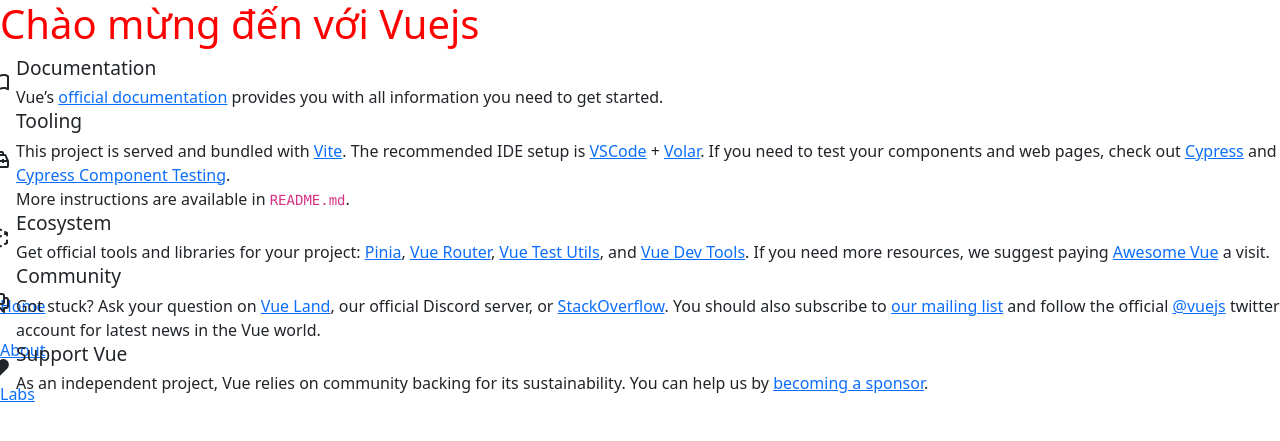
Repository: tuankiet10920/homeworkFEF
Page: /
These files come from the project's save history. The page is drawn as it stood at one moment and after the next save; the edit follows.
The browser window is 1280 px wide. The pictures show the whole page.
The project was rebuilt for these pictures with package versions that can differ from the ones it lists, and the page was loaded fresh each time. Also part of the build but not shown: vite.config.js, src/components/HelloWorld.vue.

Above is the page before, as saved 2024-10-22 12:54:00.

After the next save:
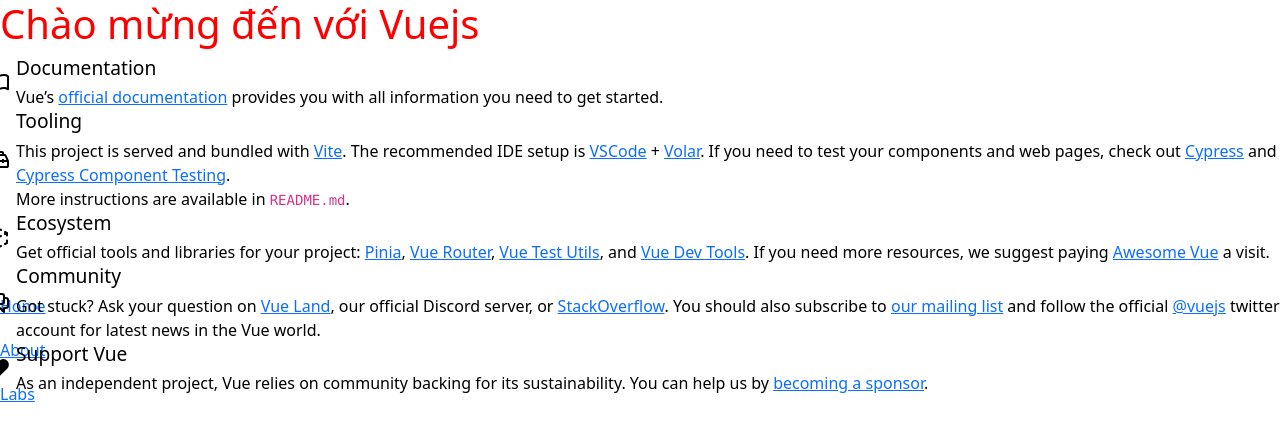
Saved 28 s later.
--- a/index.html
+++ b/index.html
@@ -1,15 +1,25 @@
-<!DOCTYPE html>
+<!doctype html>
 <html lang="en">
   <head>
-    <meta charset="UTF-8">
-    <link rel="icon" href="/favicon.ico">
-    <meta name="viewport" content="width=device-width, initial-scale=1.0">
-    <link href="https://cdn.jsdelivr.net/npm/bootstrap@5.3.3/dist/css/bootstrap.min.css" rel="stylesheet" integrity="sha384-QWTKZyjpPEjISv5WaRU9OFeRpok6YctnYmDr5pNlyT2bRjXh0JMhjY6hW+ALEwIH" crossorigin="anonymous">
+    <meta charset="UTF-8" />
+    <link rel="icon" href="/favicon.ico" />
+    <meta name="viewport" content="width=device-width, initial-scale=1.0" />
+    <link
+      href="https://cdn.jsdelivr.net/npm/bootstrap@5.3.3/dist/css/bootstrap.min.css"
+      rel="stylesheet"
+      integrity="sha384-QWTKZyjpPEjISv5WaRU9OFeRpok6YctnYmDr5pNlyT2bRjXh0JMhjY6hW+ALEwIH"
+      crossorigin="anonymous"
+    />
     <title>Vite App</title>
+    <link rel="stylesheet" href="./src/assets/css/main.css" />
   </head>
   <body>
     <div id="app"></div>
-    <script src="https://cdn.jsdelivr.net/npm/bootstrap@5.3.3/dist/js/bootstrap.bundle.min.js" integrity="sha384-YvpcrYf0tY3lHB60NNkmXc5s9fDVZLESaAA55NDzOxhy9GkcIdslK1eN7N6jIeHz" crossorigin="anonymous"></script>
+    <script
+      src="https://cdn.jsdelivr.net/npm/bootstrap@5.3.3/dist/js/bootstrap.bundle.min.js"
+      integrity="sha384-YvpcrYf0tY3lHB60NNkmXc5s9fDVZLESaAA55NDzOxhy9GkcIdslK1eN7N6jIeHz"
+      crossorigin="anonymous"
+    ></script>
     <script type="module" src="/src/main.js"></script>
   </body>
 </html>
